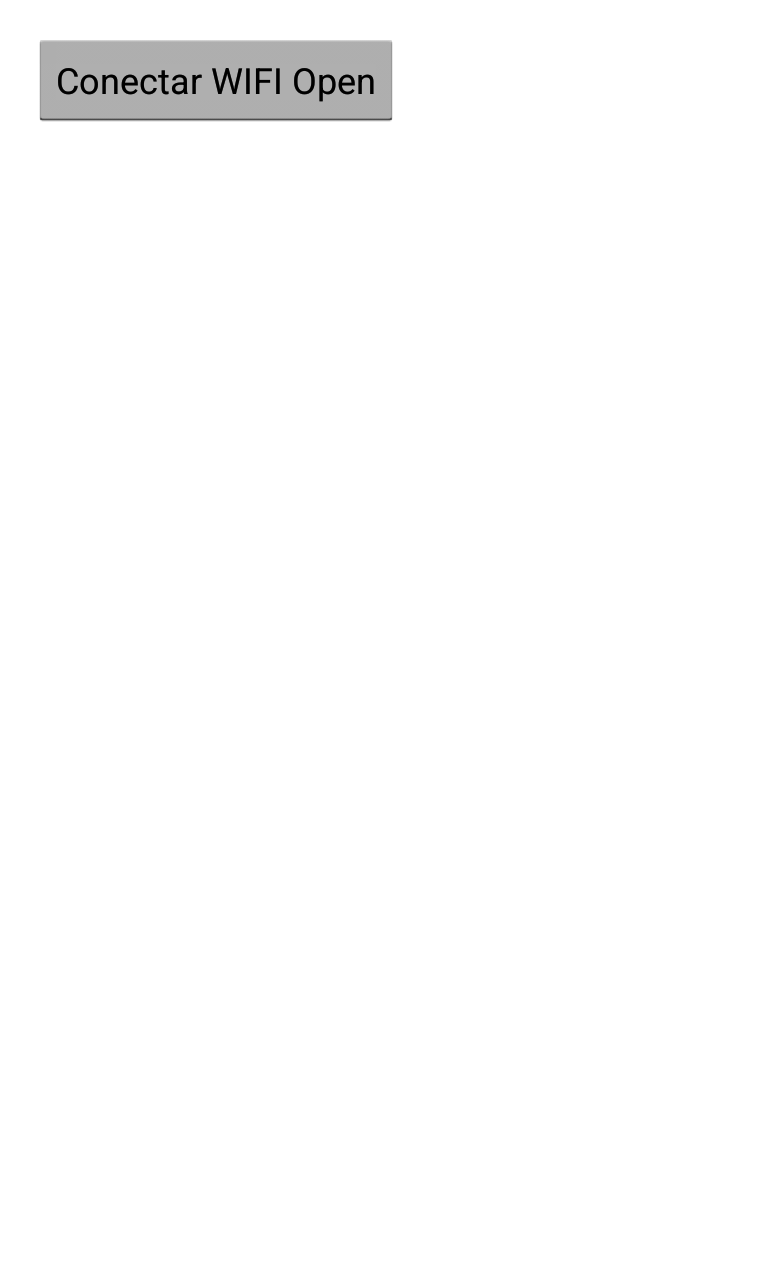
Repository: G3rcar/Android-II
Layout: Clase34WifiConfiguration/res/layout/activity_main.xml
These files come from the project's save history. The layout is drawn as it stood at one moment and after the next save; the edit follows.
It is drawn on a 768 x 1280 px phone screen (xhdpi) without system bars, with theme AppTheme; the app's code is not run.

Above is the layout before, as saved 2013-12-12 13:36:19.

### Clase34WifiConfiguration/res/layout/activity_main.xml
<RelativeLayout xmlns:android="http://schemas.android.com/apk/res/android"
    xmlns:tools="http://schemas.android.com/tools"
    android:layout_width="match_parent"
    android:layout_height="match_parent"
    android:paddingBottom="@dimen/activity_vertical_margin"
    android:paddingLeft="@dimen/activity_horizontal_margin"
    android:paddingRight="@dimen/activity_horizontal_margin"
    android:paddingTop="@dimen/activity_vertical_margin"
    tools:context=".MainActivity" >

    <Button
        android:id="@+id/btnConnectOpen"
        android:layout_width="wrap_content"
        android:layout_height="wrap_content"
        android:onClick="connectOpen"
        android:text="@string/btnconnect" />

    <Button
        android:id="@+id/btnConnectWep"
        android:layout_width="wrap_content"
        android:layout_height="wrap_content"
        android:onClick="connectWep"
        android:text="@string/btnconnect" />

    <Button
        android:id="@+id/btnConnectWpa"
        android:layout_width="wrap_content"
        android:layout_height="wrap_content"
        android:onClick="connectWap"
        android:text="@string/btnconnect" />

</RelativeLayout>

### Clase34WifiConfiguration/res/values/strings.xml
<?xml version="1.0" encoding="utf-8"?>
<resources>

    <string name="app_name">Clase34 Wifi Configuration</string>
    <string name="action_settings">Settings</string>
    <string name="hello_world">Hello world!</string>
    <string name="btnconnect">Conectar WIFI Open</string>
    <string name="btnconnectwep">Conectar Wifi Wep</string>
    <string name="btnconnectwpa">Conectar Wifi WPA</string>

</resources>

Loaded but not shown: Clase34WifiConfiguration/res/values/styles.xml (common file); Clase34WifiConfiguration/res/values-v11/styles.xml (common file); Clase34WifiConfiguration/res/values-v14/styles.xml (common file); Clase34WifiConfiguration/res/values/dimens.xml (common file)

After the next save:
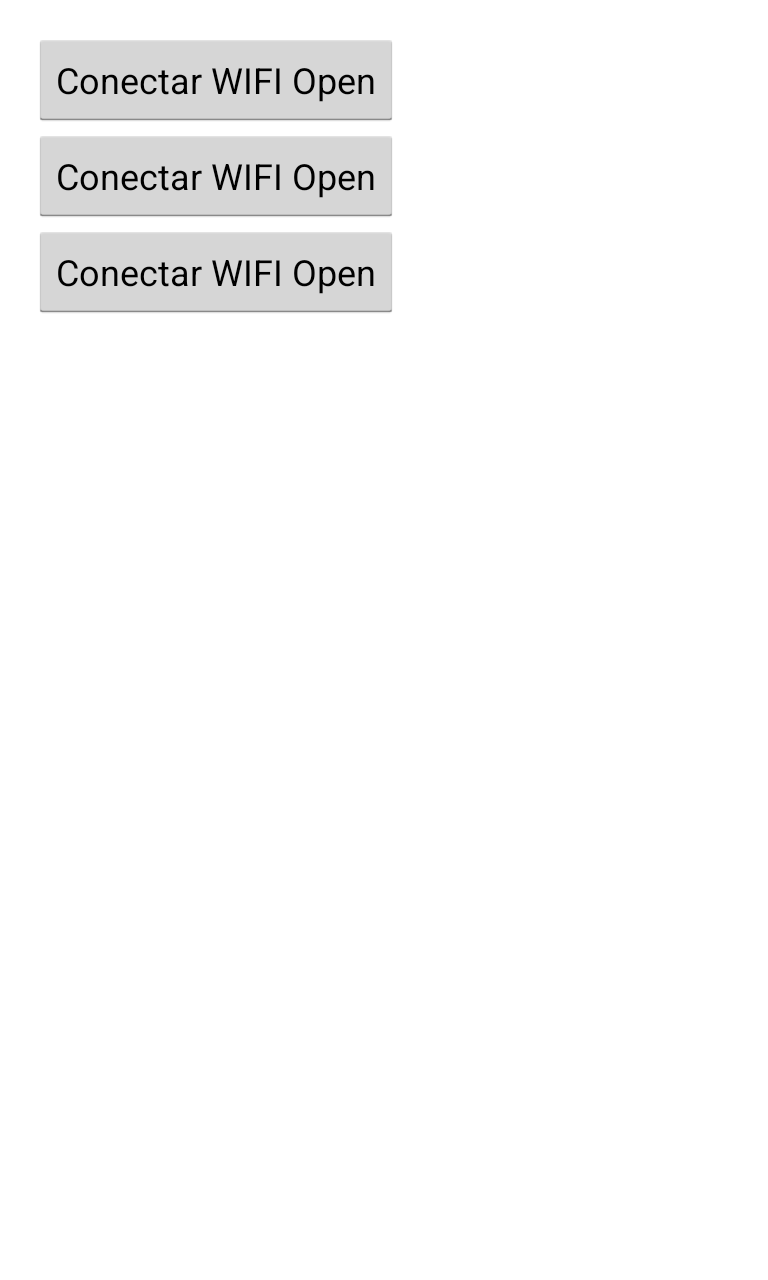
Saved 25 s later.
--- a/Clase34WifiConfiguration/res/layout/activity_main.xml
+++ b/Clase34WifiConfiguration/res/layout/activity_main.xml
@@ -1,7 +1,9 @@
-<RelativeLayout xmlns:android="http://schemas.android.com/apk/res/android"
+<LinearLayout xmlns:android="http://schemas.android.com/apk/res/android"
     xmlns:tools="http://schemas.android.com/tools"
+    android:id="@+id/LinearLayout1"
     android:layout_width="match_parent"
     android:layout_height="match_parent"
+    android:orientation="vertical"
     android:paddingBottom="@dimen/activity_vertical_margin"
     android:paddingLeft="@dimen/activity_horizontal_margin"
     android:paddingRight="@dimen/activity_horizontal_margin"
@@ -29,4 +31,4 @@
         android:onClick="connectWap"
         android:text="@string/btnconnect" />
 
-</RelativeLayout>
+</LinearLayout>
